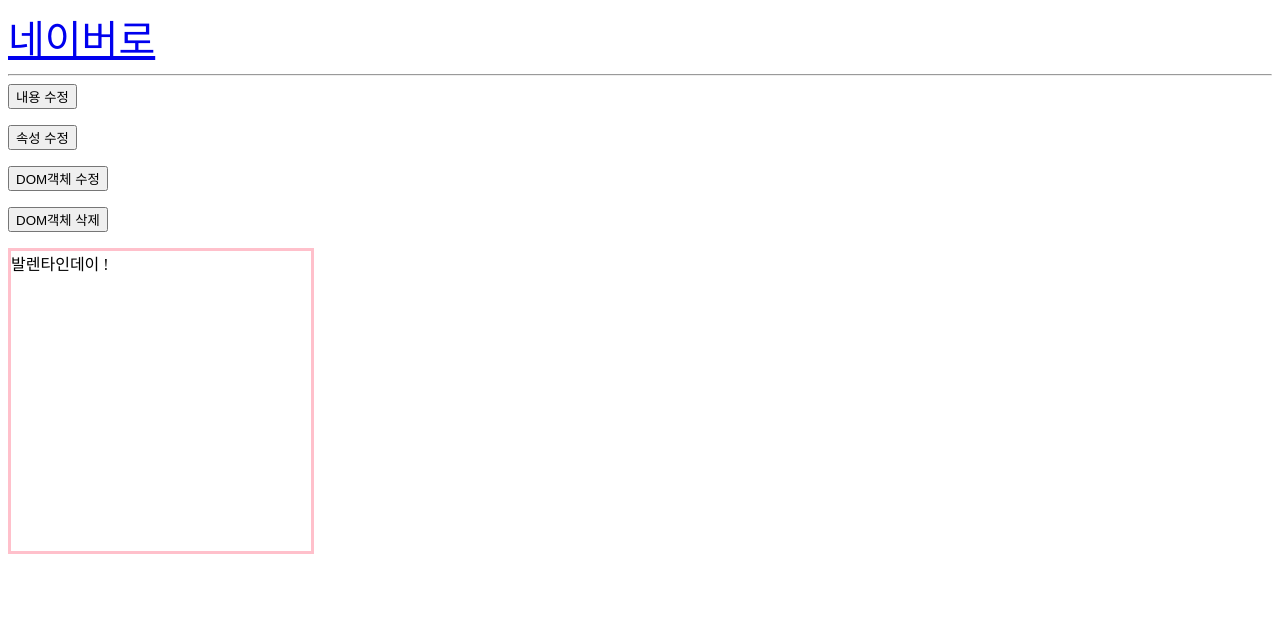
Repository: AgentHyun/FishDalle3
Page: Feb14_1_jQuery/WebContent/1_DOM.html
The author's editor kept a copy of each file at every save. The page is drawn from the files as they stood at one save, then again after the next save.
The browser window is 1280 px wide. The pictures show the whole page.
After loading, the first visible `#b3` was clicked once.

Above is the page before, as saved 2025-02-14 01:15:28.

### Feb14_1_jQuery/WebContent/1_DOM.html
<!DOCTYPE html>
<html>
<head>
<meta charset="UTF-8">
<title>Insert title here</title>
<style type = "text/css">
 .t2{font-size : 30pt;}
 #t{background-color:pink; color : lightblue;}
 div {border : pink solid 3px; width : 300px; height : 300px;}

</style>
<script type = "text/javascript" src = "jQuery.js"></script>
<script type = "text/javascript">
$(function(){

	$("#b1").click(function()
			{
		alert('asdf');
		$("a").text("유튜브로");

		//text()의 소괄호 안에 값을 넣지 않으면
		//기존의 값을 가져오게 됨

		let t = $("a").text();

			});


		//$("a").html("<b>유튜브로</b>");
//		$("a").text("<b>유튜브로</b>");
//        <b>를 텍스트로 인식!

		//.html() 사용하면 새로운 html요소로 변경할 수 있음






	$("#b2").click(function(){


          $("a").attr("href", "https://www.youtube.com");


          // 이 a태그에 css를 주고 싶은데 a태그가 많다면
          // id도 부여할  수 있음
          $("a").attr("id", "t");

          // 속성 지우기
          $("a").removeAttr("class");



	});

     $("#b3").click(function()
    {

    	 //$("css선택자") : 있는 것을 선택
    	 // $("DOM객체") :  DOM 객체 생성
    	 //marquee DOM객체 추가하기

    	 let m = $("<marquee></marquee>").text("발렌타인데이 !");

    	 // behavior : 스크롤 방식 설정
    	 //    scroll : 한쪽 방향으로만 진행 (기본값)
    	 //    alternate : 왕복
    	 m.attr("behavior", "alternate");

    	 // direction : 스크롤방향 설정
    	 //    left(기본값), right, up, down

    	 m.attr("direction", "right");

    	 //요소 추가하기
    	 //기존 요소의 내부에 추가 - append, prepend
    	 $("div").prepend(m);
    	 //$("div").prepend(m);


    	 //기존 요소의 외부에 추가







    }


     )










});




</script>
</head>
<body>

<a href = "https://www.naver.com" class = "t2">네이버로</a>
<hr>
<button id = "b1">내용 수정</button> <p>
<button id = "b2">속성 수정</button> <p>
<button id = "b3">DOM객체 수정</button> <p>
<button id = "b4">DOM객체 삭제</button> <p>
<div>




</div>

</body>
</html>

Loaded but not shown: Feb14_1_jQuery/WebContent/jQuery.js (library)

After the next save:
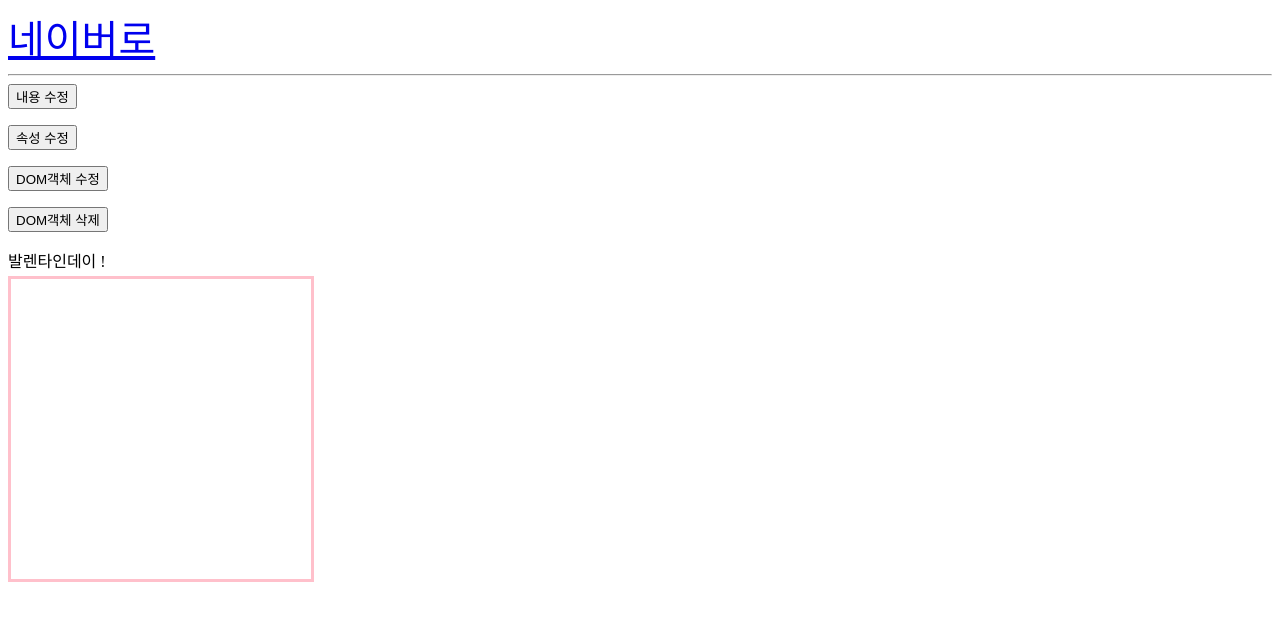
Saved 19 s later.
--- a/Feb14_1_jQuery/WebContent/1_DOM.html
+++ b/Feb14_1_jQuery/WebContent/1_DOM.html
@@ -75,7 +75,7 @@ $(function(){
 
     	 //요소 추가하기
     	 //기존 요소의 내부에 추가 - append, prepend
-    	 $("div").prepend(m);
+    	 $("div").before(m);
     	 //$("div").prepend(m);
 
 
